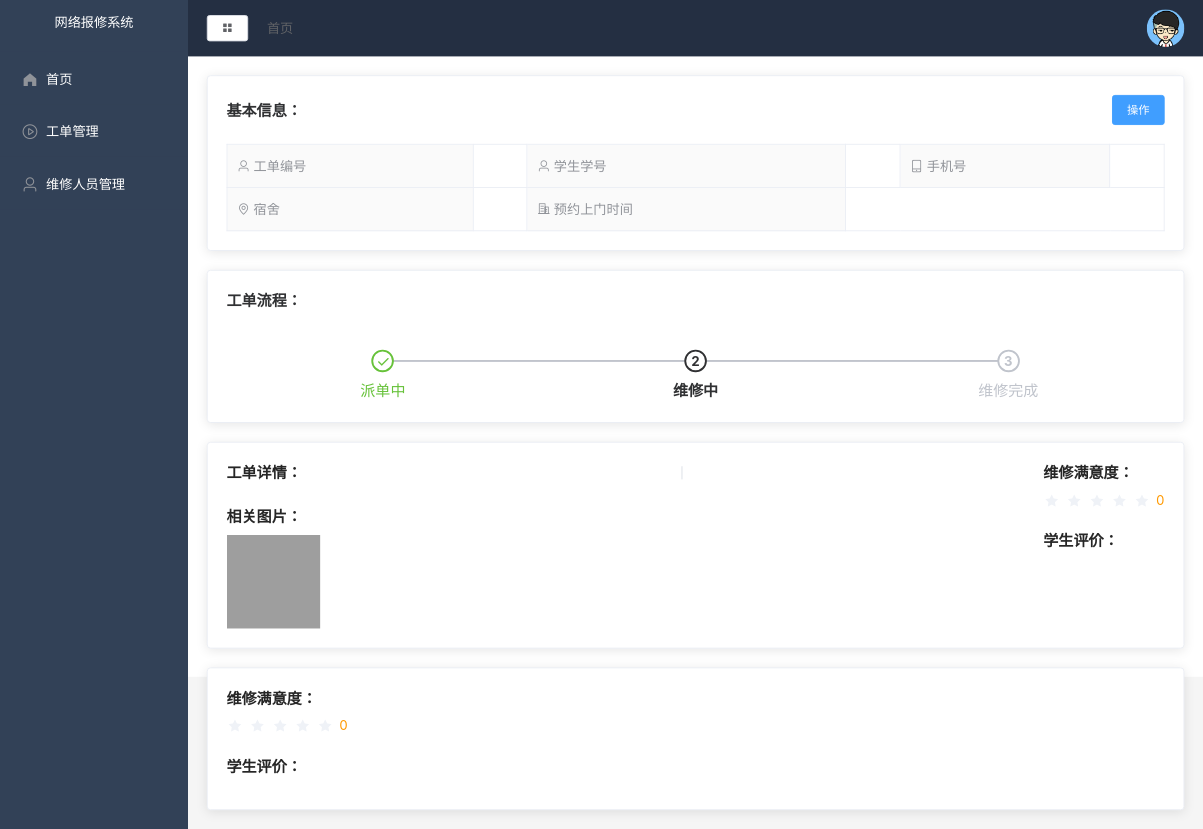
Repository: LtheW/vue
Page: /submit
An editor plug-in stored every save of this project. The page is shown before and after the next save, followed by the edit.
The browser window is 1280 px wide. The pictures show the whole page, at 94% of full size.
Pictures or frames that could not be fetched are drawn as grey boxes. The page's requests for data from a server got no answer. The project was rebuilt for these pictures with package versions that can differ from the ones it lists, and the page was loaded fresh each time. No one was signed in, and anything a server would have sent is missing. Also part of the build but not shown: vue.config.js, src/components/CommonTag.vue, src/views/Maintainer/Add.vue.

Above is the page before, as saved 2022-03-27 13:42:43.

### src/main.js
import Vue from 'vue'
import App from './App.vue'
import router from './router'
import store from './store'
//引入element ui
import ElementUI from 'element-ui';
import 'element-ui/lib/theme-chalk/index.css';
import '@/assets/scss/reset.scss' //全局样式
import Axios from 'axios';//后台交互
import Antd from 'ant-design-vue';
import 'ant-design-vue/dist/antd.css';
import 'font-awesome/scss/font-awesome.scss'
Vue.prototype.$http=Axios
//defaults 设置全局默认路径
Axios.defaults.baseURL="/"

Vue.use(ElementUI,Antd);
Vue.config.productionTip = false

new Vue({
  router,
  store,
  render: h => h(App)
}).$mount('#app')

### src/router/index.js
import Vue from 'vue'
import VueRouter from 'vue-router'
import Main from '../views/Main.vue'
import Submit from'../views/Submit.vue'
import Maintainer_Add from'../views/Maintainer/Add.vue'
Vue.use(VueRouter)

const routes = [
  {
    path:'/login',
    name:'Login',
    component:()=>import('@/views/Login')
  },
  {

    path: '/',
    name: 'Main',
    component: Main,
    children: [
      {
        path: '/',
        name: 'search',
        component: () => import('@/views/About')
      },
      {
        path: '/form',
        name: 'form',
        component: () => import('@/views/Form/Form')
      },
      {
        path: '/home',
        name: 'home',
        component: () => import('@/views/Maintainer/Maintainer')
      },
      {
        path: '/submit',
        name: 'submit',
        component: Submit,
      },
      {
        path: '/maintainer_add',
        name: 'add',
        component: Maintainer_Add,
      },
    ]
    },


]

const router = new VueRouter({
  mode:'history',
  base: process.env.BASE_URL,
  routes
})

export default router

### src/views/Main.vue
<template>
  <el-container style="height: 100%">
    <el-aside width="auto" height="100%" ><common-aside></common-aside></el-aside>
    <el-container>
      <el-header>
        <common-header></common-header>

      </el-header>
      <el-main><router-view /></el-main>
    </el-container>
  </el-container>
</template>

<script>
import CommonAside from "../components/CommonAside.vue";
import CommonHeader from "../components/CommonHeader.vue";
import CommonTag from "../components/CommonTag.vue";
export default {
  name: "Main",
  components: { CommonAside, CommonHeader, CommonTag },
};
</script>
, CommonTab
<style lang="scss" scoped>
.el-header {
  background: #242F42;
}
.el-main {
  padding-top: 20rpx;
}
</style>

### src/views/Submit.vue
<template>
  <div class="form">
    <div>
      <el-card>
        <el-descriptions
          class="margin-top"
          title="基本信息："
          :column="3"
          :size="size"
          border
        >
          <template slot="extra">
            <el-button type="primary" size="small">操作</el-button>
          </template>
          <el-descriptions-item width="150">
            <template slot="label">
              <i class="el-icon-user"></i>
              工单编号
            </template>
            {{ form.workorderNumber }}
          </el-descriptions-item>
          <el-descriptions-item>
            <template slot="label">
              <i class="el-icon-user"></i>
              学生学号
            </template>
            {{ form.fkStudentNumber }}
          </el-descriptions-item>
          <el-descriptions-item>
            <template slot="label">
              <i class="el-icon-mobile-phone"></i>
              手机号
            </template>
            {{ form.contactInformation }}
          </el-descriptions-item>
          <el-descriptions-item>
            <template slot="label">
              <i class="el-icon-location-outline"></i>
              宿舍
            </template>
            {{ form.address }}
          </el-descriptions-item>
          <el-descriptions-item>
            <template slot="label">
              <i class="el-icon-office-building"></i>
              预约上门时间
            </template>
            {{ form.fixedTime }}
          </el-descriptions-item>
        </el-descriptions>
      </el-card>
    </div>

    <div class="p">
      <el-card>
        <i class="title">工单流程：</i>
        <div>
          <el-steps
            :space="600"
            :active="1"
            finish-status="success"
            align-center="true"
            style="padding-top: 40px"
          >
            <el-step title="派单中"></el-step>
            <el-step title="维修中"></el-step>
            <el-step title="维修完成"></el-step>
          </el-steps>
        </div>
      </el-card>
      <div class="p">
        <el-card>
          <div class="panel">
          <div class="container">
          <h5 class="title">工单详情：</h5>

          <p>{{ form.workorderContent }}</p>

          <h5 class="title">相关图片：</h5>
          <el-image
            style="width: 100px; height: 100px"
            :src="url"
            :preview-src-list="srcList"
          >
          </el-image>
          </div>
            <div class="line"><el-divider direction="vertical" style="height=100px"></el-divider></div>
          <div class="container">
          <h5 class="title">维修满意度：</h5>
          <el-rate
            v-model="form.maintenanceSatisfaction"
            disabled
            show-score
            text-color="#ff9900"
            score-template="{value}"
          >
          </el-rate>

          <div class="p">
          <h5 class="title">学生评价：</h5>
          <p>{{ form.evaluation }}</p>
          </div>
          </div>
           </div>
        </el-card>
         </div>
        <div class="p">
        <el-card>
          <h5 class="title">维修满意度：</h5>
          <el-rate
            v-model="form.maintenanceSatisfaction"
            disabled
            show-score
            text-color="#ff9900"
            score-template="{value}"
          >
          </el-rate>
          <div class="p">
          <h5 class="title">学生评价：</h5>
          <p>{{ form.evaluation }}</p>
          </div>
        </el-card>
        </div>

    </div>
  </div>
</template>
<script>
export default {
  data() {
    return {
      form: {},
      workorderNumber: "",
      url: "https://fuss10.elemecdn.com/e/5d/4a731a90594a4af544c0c25941171jpeg.jpeg",
      srcList: [],
    };
  },
  created() {
    this.workorderNumber = this.$route.params.workorderNumber;
    this.Load();
  },
  methods: {
    goBack() {
      this.$router.go(-1);
    },
    onSubmit() {},
    Load() {
      this.$http({
        url: "/api/administer/getorder",
        method: "get",
        headers: { "X-Requested-With": "XMLHttpRequest" },
        params: {
          workorder_number: this.workorderNumber,
        }, //传值 如：params:{id:1,name:"gw"}
      }).then((res) => {
        this.form = res.data.data[0];
        console.log(this.form);
        var jsonstr = JSON.parse(res.data.data[0].pictureAddress);
        var arr = this.srcList;
        for (var i = 0; i < 3; i++) {
          if (jsonstr[i] == null) {
            break;
          }
          arr.push(jsonstr[i]);
        }
        this.srcList = arr;
      });
    },
  },
};
</script>

<style >

.form {
  display: flex;
  flex-direction: column;
  justify-content: center;
  align-content: center;
}

.title {
  font-size: 16px;
  font-weight: 700;
}
.p {
  padding-top: 20px;
}
.border {
  border: 1px solid grey;
}
.panel {
  display: flex;
  flex-direction: row;
  justify-content: space-between;
}
.container {
  display: flex;
  flex-direction: column;
}
.line{
  height: 100% !important;
}

</style>

### src/store/tab.js
export default{
    state:{
        isCollapse: false
    },
    mutations:{
        collapseMenu(state){
            state.isCollapse=!state.isCollapse
        }
    }
}

### src/components/CommonAside.vue
<template>
  <el-menu
    class="el-menu-vertical-demo"
    :collapse="isCollapse"
    background-color="#324157"
    text-color="#fff"
    active-text-color="#ffd04b"
  >
    <h3 v-show="!isCollapse">网络报修系统</h3>
    <h3 v-show="isCollapse">后台</h3>
    <el-menu-item
      :index="item.path"
      v-for="item in noChildren"
      :key="item.path"
      @click="clickMenu(item)"
    >
      <i :class="'el-icon-' + item.icon"></i>
      <span slot="title">{{ item.label }}</span>
    </el-menu-item>
    <el-submenu :index="item.label" v-for="item in hasChildren" :key="item.path">
      <template slot="title">
        <i :class="'el-icon-' + item.icon"></i>
        <span slot="title">{{ item.label }}</span>
      </template>
      <el-menu-item-group>
        <el-menu-item
          :index="subItem.path"
          v-for="(subItem, subIndex) in item.children"
          :key="subIndex"
          @click="clickMenu(item)"
        >
          <i :class="'el-icon-' + subItem.icon"></i>
          <span slot="title">{{ subItem.label }}</span>
        </el-menu-item>
      </el-menu-item-group>
    </el-submenu>
  </el-menu>
</template>

<script>
export default {
  data() {
    return {
      menu: [
        {
          path: "/",
          name: "search",
          label: "首页",
          icon: "s-home",
          url: "Maintainer/Maintainer",
        },
        {
          path: "/form",
          name: "form",
          label: "工单管理",
          icon: "video-play",
          url: "Form/Form",
        },
        {
          path: "/home",
          name: "home",
          label: "维修人员管理",
          icon: "user",
          url: "Home/Home",
        },
      ],
    };
  },
  methods: {
    // handleOpen(key, keyPath) {
    //   console.log(key, keyPath);
    // },
    // handleClose(key, keyPath) {
    //   console.log(key, keyPath);
    // },
    clickMenu(item) {
      this.$router.push({ name: item.name });
      this.$store.commit("selectMenu", item);
    },
  },
  computed: {
    noChildren() {
      return this.menu.filter((item) => !item.children);
    },
    hasChildren() {
      return this.menu.filter((item) => item.children);
    },
    isCollapse() {
      return this.$store.state.tab.isCollapse;
    },
  },
};
</script>

<style lang="scss" scoped>
.el-menu {
  height: 100%;
  border: none;
  h3 {
    color: #ffffff;
    text-align: center;
    line-height: 48px;
  }
}
.el-menu-vertical-demo:not(.el-menu--collapse) {
  width: 200px;
  min-height: 100vh;
}
</style>

### src/components/CommonHeader.vue
<template>
  <header>
    <div class="l-content">
      <el-button plain icon="el-icon-menu" size="mini" @click="handleMenu"></el-button>
      <el-breadcrumb>
        <el-breadcrumb-item :to="{ path: '/' }">首页</el-breadcrumb-item>
        <el-breadcrumb-item :to="current.path" v-if="current">{{
          current.label
        }}</el-breadcrumb-item>
      </el-breadcrumb>
    </div>
    <div class="r-content">
      <el-dropdown trigger="click" size="mini">
        <span class="el-dropdown-link">
          <img :src="userImg" class="user" />
        </span>
        <el-dropdown-menu slot="dropdown">
          <el-dropdown-item>个人中心</el-dropdown-item>
          <el-dropdown-item @click.native="logOut">退出</el-dropdown-item>
        </el-dropdown-menu>
      </el-dropdown>
    </div>
  </header>
</template>

<script>
import { mapState } from "vuex";
export default {
  data() {
    return {
      userImg: require("../assets/images/user.png"),
    };
  },
  methods: {
    handleMenu() {
      this.$store.commit("collapseMenu");
    },
    logOut() {
      this.$store.commit("clearToken");
      this.$store.commit("clearMenu");
      // location.reload();
      this.$router.push("/login");
    },
  },
  computed: {
    ...mapState({
      current: (state) => state.tab.currentMenu,
    }),
  },
};
</script>

<style lang="scss" scoped>
header {
  display: flex;
  height: 100%;
  align-items: center;
  justify-content: space-between;
}

.l-content {
  display: flex;
  align-items: center;
  .el-button {
    margin-right: 20px;
  }
}

.r-content {
  .user {
    width: 40px;
    height: 40px;
    border-radius: 50%;
  }
}
</style>

<style lang="scss">
.el-breadcrumb__item {
  .el-breadcrumb__inner {
    color: #666;
    font-weight: normal;
  }
  &:last-child {
    .el-breadcrumb__inner {
      color: white;
    }
  }
}
</style>

Loaded but not shown: public/index.html (common file); src/App.vue (common file); src/store/index.js (common file); src/assets/scss/reset.scss (common file)

After the next save:
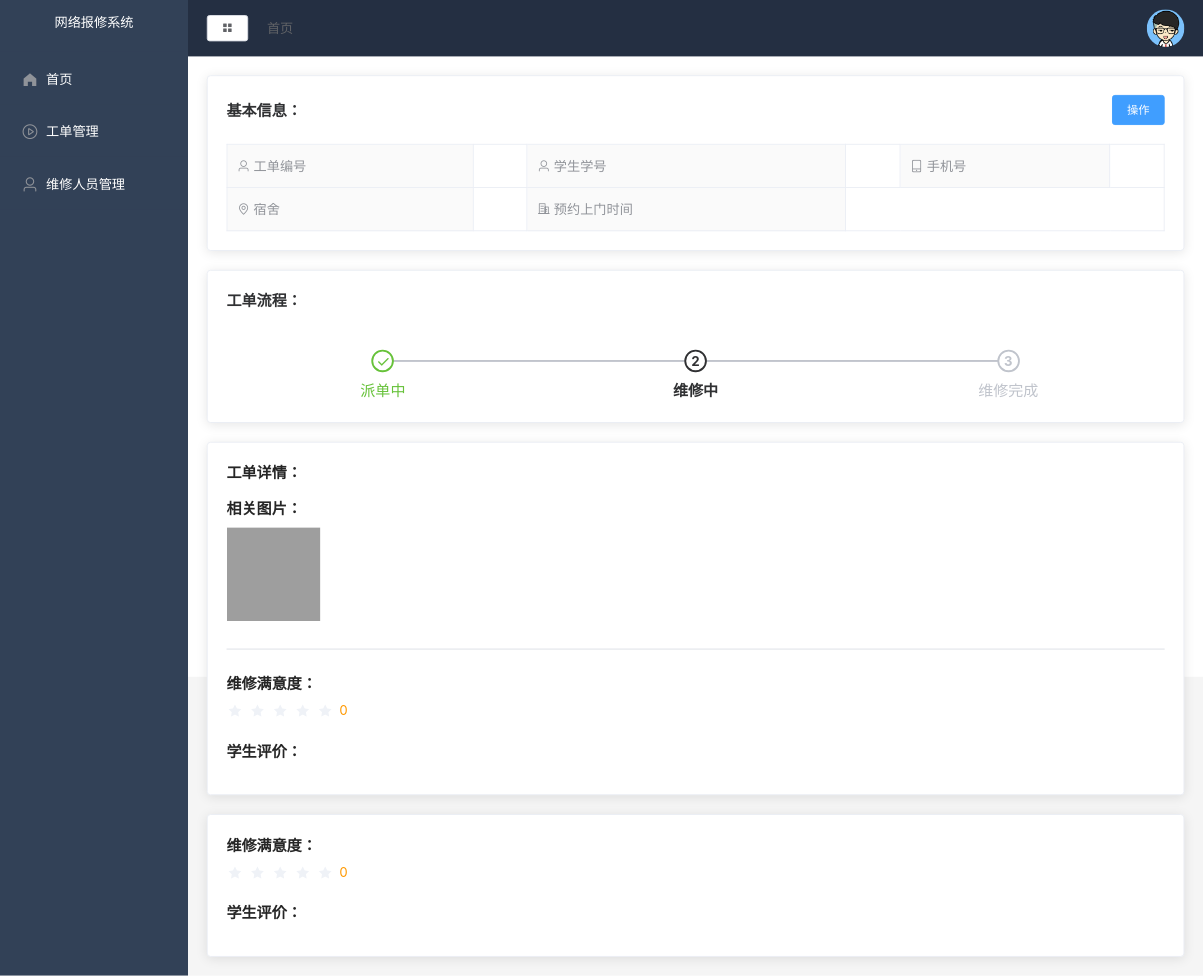
Saved 117 s later.
--- a/src/views/Submit.vue
+++ b/src/views/Submit.vue
@@ -70,8 +70,6 @@
       </el-card>
       <div class="p">
         <el-card>
-          <div class="panel">
-          <div class="container">
           <h5 class="title">工单详情：</h5>
 
           <p>{{ form.workorderContent }}</p>
@@ -83,9 +81,9 @@
             :preview-src-list="srcList"
           >
           </el-image>
-          </div>
-            <div class="line"><el-divider direction="vertical" style="height=100px"></el-divider></div>
-          <div class="container">
+            <el-divider ></el-divider>
+
+
           <h5 class="title">维修满意度：</h5>
           <el-rate
             v-model="form.maintenanceSatisfaction"
@@ -95,15 +93,11 @@
             score-template="{value}"
           >
           </el-rate>
-
           <div class="p">
           <h5 class="title">学生评价：</h5>
           <p>{{ form.evaluation }}</p>
           </div>
-          </div>
-           </div>
         </el-card>
-         </div>
         <div class="p">
         <el-card>
           <h5 class="title">维修满意度：</h5>
@@ -121,7 +115,7 @@
           </div>
         </el-card>
         </div>
-
+      </div>
     </div>
   </div>
 </template>
@@ -171,7 +165,6 @@ export default {
 </script>
 
 <style >
-
 .form {
   display: flex;
   flex-direction: column;
@@ -189,17 +182,4 @@ export default {
 .border {
   border: 1px solid grey;
 }
-.panel {
-  display: flex;
-  flex-direction: row;
-  justify-content: space-between;
-}
-.container {
-  display: flex;
-  flex-direction: column;
-}
-.line{
-  height: 100% !important;
-}
-
 </style>
